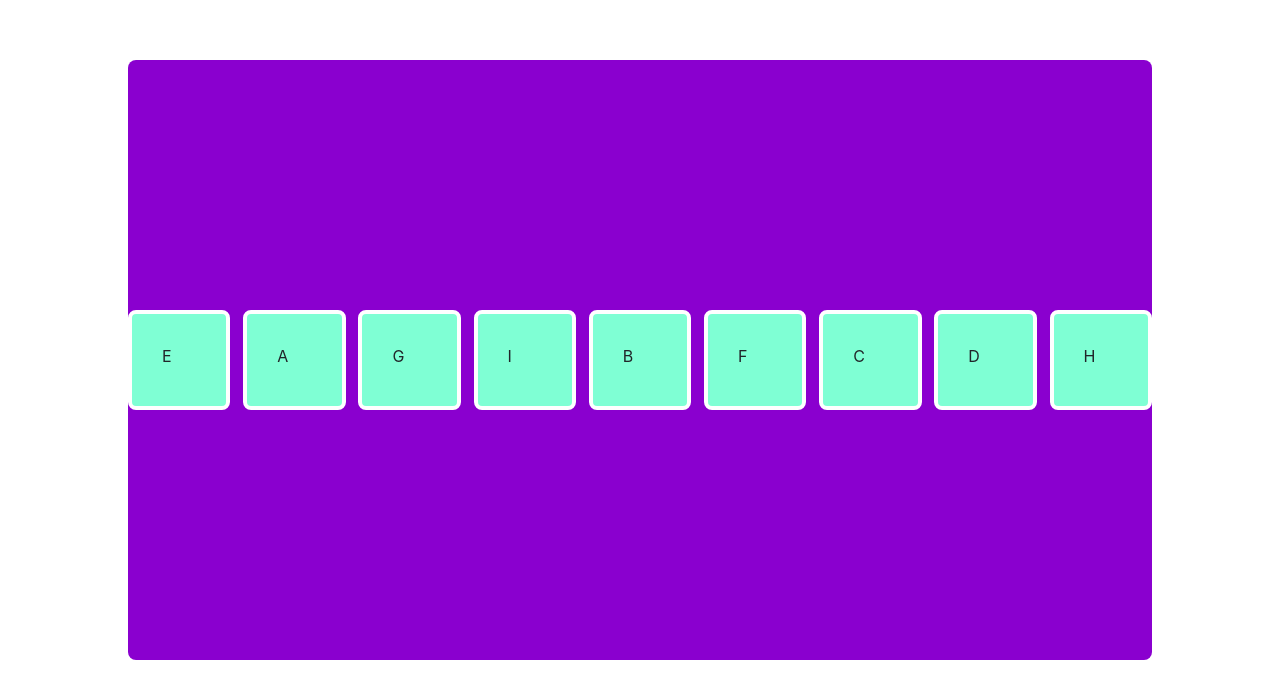
Repository: alessandradiamantino/Curso-Front-End-Design
Page: 1 - Introdução ao HTML e CSS/3 - Layouts, Grids e Flexbox/Bootstrap Grid system/index.html
These files come from the project's save history. The page is drawn as it stood at one moment and after the next save; the edit follows.
The browser window is 1280 px wide. The pictures show the whole page.

Above is the page before, as saved 2023-04-24 12:34:53.

After the next save:
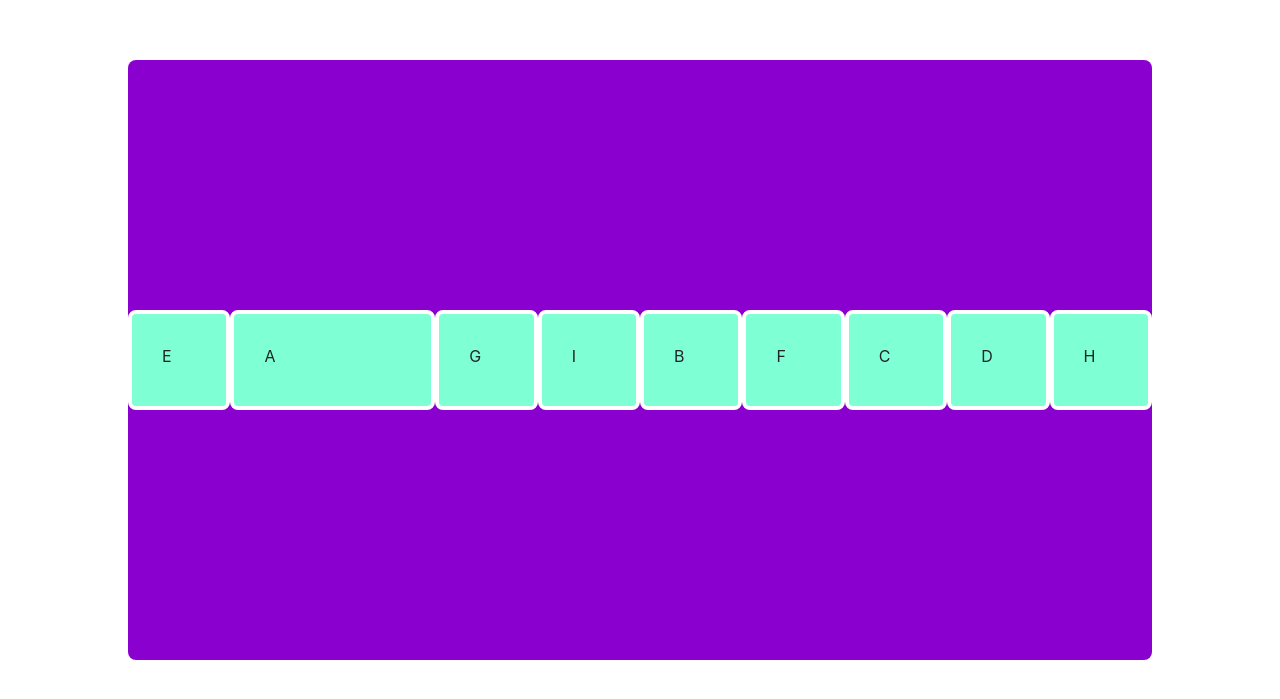
Saved 4 s later.
--- a/1 - Introdução ao HTML e CSS/3 - Layouts, Grids e Flexbox/Bootstrap Grid system/css/style.css
+++ b/1 - Introdução ao HTML e CSS/3 - Layouts, Grids e Flexbox/Bootstrap Grid system/css/style.css
@@ -51,7 +51,7 @@ body {
 }
 
 .grow-1{
-  flex
+  flex-grow: 1;
 }
 
 .my-box div {
